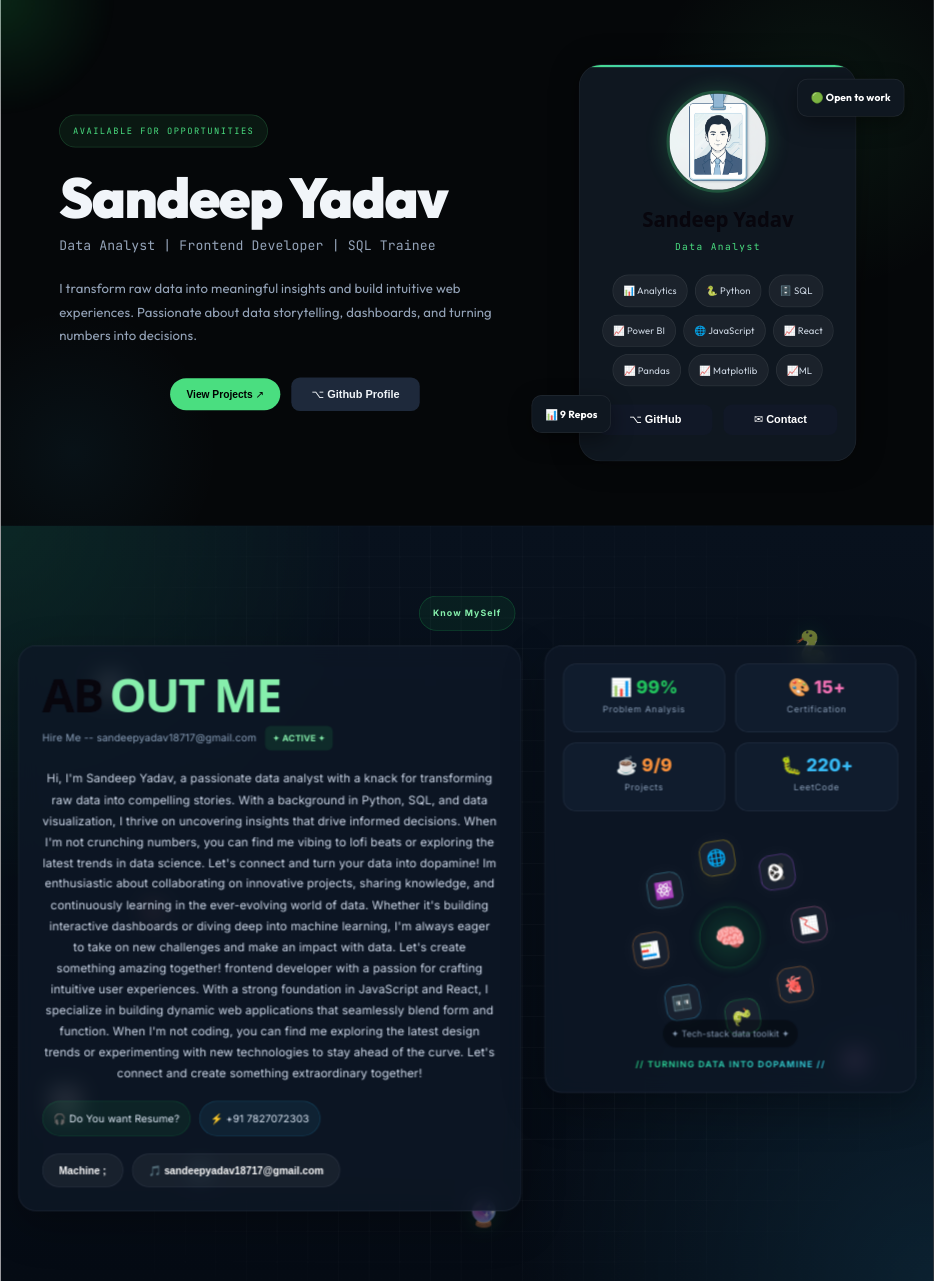
Repository: SandeepYadav18717/sandeepyadav
Page: / (app in Datanaltics_ portfolio/)
An editor plug-in stored every save of this project. The page is shown before and after a run of saves, followed by the edit.
The browser window is 1280 px wide. The pictures show the whole page, at 73% of full size.
The project was rebuilt for these pictures with package versions that can differ from the ones it lists, and the page was loaded fresh each time. Also part of the build but not shown: Datanaltics_ portfolio/vite.config.js, Datanaltics_ portfolio/src/App.css.

Above is the page before, as saved 2026-05-23 09:26:47.

### Datanaltics_ portfolio/index.html
<!doctype html>
<html lang="en">
  <head>
    <meta charset="UTF-8" />
    <link rel="icon" type="image/svg+xml" href="/favicon.svg" />
    <meta name="viewport" content="width=device-width, initial-scale=1.0" />
    <title>javascript</title>
  </head>
  <body>
    <div id="root"></div>
    <script type="module" src="/src/main.jsx"></script>
  </body>
</html>

### Datanaltics_ portfolio/src/index.css
:root {
  --text: #6b6375;
  --text-h: #08060d;
  --bg: #fff;
  --border: #e5e4e7;
  --code-bg: #f4f3ec;
  --accent: #aa3bff;
  --accent-bg: rgba(170, 59, 255, 0.1);
  --accent-border: rgba(170, 59, 255, 0.5);
  --social-bg: rgba(244, 243, 236, 0.5);
  --shadow:
    rgba(0, 0, 0, 0.1) 0 10px 15px -3px, rgba(0, 0, 0, 0.05) 0 4px 6px -2px;

  --sans: system-ui, 'Segoe UI', Roboto, sans-serif;
  --heading: system-ui, 'Segoe UI', Roboto, sans-serif;
  --mono: ui-monospace, Consolas, monospace;

  font: 18px/145% var(--sans);
  letter-spacing: 0.18px;
  color-scheme: light dark;
  color: var(--text);
  background: var(--bg);
  font-synthesis: none;
  text-rendering: optimizeLegibility;
  -webkit-font-smoothing: antialiased;
  -moz-osx-font-smoothing: grayscale;

  @media (max-width: 1024px) {
    font-size: 16px;
  }
}

@media (prefers-color-scheme: dark) {
  :root {
    --text: #9ca3af;
    --text-h: #f3f4f6;
    --bg: #16171d;
    --border: #2e303a;
    --code-bg: #1f2028;
    --accent: #c084fc;
    --accent-bg: rgba(192, 132, 252, 0.15);
    --accent-border: rgba(192, 132, 252, 0.5);
    --social-bg: rgba(47, 48, 58, 0.5);
    --shadow:
      rgba(0, 0, 0, 0.4) 0 10px 15px -3px, rgba(0, 0, 0, 0.25) 0 4px 6px -2px;
  }

  #social .button-icon {
    filter: invert(1) brightness(2);
  }
}

body {
  margin: 0;
}

#root {
  width: 1126px;
  max-width: 100%;
  margin: 0 auto;
  text-align: center;
  border-inline: 1px solid var(--border);
  min-height: 100svh;
  display: flex;
  flex-direction: column;
  box-sizing: border-box;
}

h1,
h2 {
  font-family: var(--heading);
  font-weight: 500;
  color: var(--text-h);
}

h1 {
  font-size: 56px;
  letter-spacing: -1.68px;
  margin: 32px 0;
  @media (max-width: 1024px) {
    font-size: 36px;
    margin: 20px 0;
  }
}
h2 {
  font-size: 24px;
  line-height: 118%;
  letter-spacing: -0.24px;
  margin: 0 0 8px;
  @media (max-width: 1024px) {
    font-size: 20px;
  }
}
p {
  margin: 0;
}

code,
.counter {
  font-family: var(--mono);
  display: inline-flex;
  border-radius: 4px;
  color: var(--text-h);
}

code {
  font-size: 15px;
  line-height: 135%;
  padding: 4px 8px;
  background: var(--code-bg);
}

### Datanaltics_ portfolio/src/App.jsx
import { useState } from 'react'

// import heroImg from './assets/hero.png'
import './App.css'
import Button from './Components/button'
import Main_Page from './pages/Main.jsx'
import About from './pages/About.jsx'
function App() {
  const [count, setCount] = useState(0)

  return (
    <>
    <Main_Page />
    <About />
     </>
  )}
export default App

### Datanaltics_ portfolio/src/Components/button.jsx
function Button({id, text, onClick }) {
  return (
    <button id={id}onClick={onClick} className="btn">
      {text}
    </button>
  );
}
export default Button;

### Datanaltics_ portfolio/src/pages/Main.jsx
import Button from "../Components/button";
import "../Css/Main.css";
import photo from "../assets/image.png";

function Main_Page() {
  return (
    <div className="main-page">
      {/* LEFT SECTION */}
      <div className="left-section">
        <div id="Heading_1">Available for opportunities</div>

        <div id="Name">Sandeep Yadav</div>

        <div id="Heading_2">
          Data Analyst | Frontend Developer | SQL Trainee
        </div>

        <p id="Description">
          I transform raw data into meaningful insights and build intuitive web
          experiences. Passionate about data storytelling, dashboards, and
          turning numbers into decisions.
        </p>

        <Button
          text="View Projects ↗"
          onClick={() => window.open("https://github.com/SandeepYadav18717")}
        />
        <Button
          id="Github"
          text="⌥ Github Profile"
          onClick={() => window.open("https://github.com/SandeepYadav18717")}
        />
      </div>
      {/* RIGHT SECTION */}
      <div className="profile-wrapper">
        <div className="floating-badge badge-top">🟢 Open to work</div>

        {/* FLOATING BADGE 2 */}
        <div className="floating-badge badge-bottom">📊 9 Repos</div>

        {/* PROFILE CARD */}
        <div className="profile-card">
          {/* PROFILE IMAGE */}
          <img src={photo} alt="Profile" id="Photo" />

          {/* NAME */}
          <h2 className="profile-name">Sandeep Yadav</h2>

          {/* ROLE */}
          <p className="profile-role"></p>

          {/* SKILLS */}
          <div className="skill-tags">
            <span>📊 Analytics</span>

            <span>🐍 Python</span>

            <span>🗄️ SQL</span>

            <span>📈 Power BI</span>

            <span>🌐 JavaScript</span>
            <span>📈 React</span>
            <span>📈 Pandas</span>
            <span>📈 Matplotlib</span>
            <span>📈ML </span>
          </div>

          {/* BUTTONS */}
          <div className="profile-buttons">
            {/* GITHUB */}
            <button
              className="github-btn"
              onClick={() =>
                window.open("https://github.com/SandeepYadav18717")
              }
            >
              ⌥ GitHub
            </button>

            {/* CONTACT */}
            <button
              className="contact-btn"
              onClick={() => window.open("https://www.linkedin.com/in/sandeep-yadav-0b6357210/")}
            >
              ✉ Contact
            </button>
          </div>
        </div>
      </div>
    </div>
  );
}

export default Main_Page;

### Datanaltics_ portfolio/src/pages/About.jsx
import React, { useEffect, useState } from "react";
import "../Css/About.css";
const stats = [
  { label: "Problem Analysis", value: "📊 99%", color: "green" },
  { label: "Certification", value: "🎨 15+", color: "pink" },
  { label: "Projects", value: "☕ 9/9", color: "orange" },
  { label: "LeetCode", value: "🐛 220+", color: "blue" }
];

const techStack = [
  { name: "Python", icon: "🐍", color: "green" },
  { name: "SQL", icon: "🗄️", color: "blue" },
  { name: "Power BI", icon: "📊", color: "orange" },
  { name: "React", icon: "⚛️", color: "cyan" },
  { name: "JS/TS", icon: "🌐", color: "yellow" },
  { name: "Pandas", icon: "🐼", color: "purple" },
  { name: "Tableau", icon: "📈", color: "pink" },
  { name: "Git", icon: "🐙", color: "orange" }
];

const quotes = [
  "✨ turning chaos into insights ✨",
  "📈 data storyteller by heart 📈",
  "🎯 99.9% accuracy or bust 🎯",
  "🌀 live. laugh. analyze. 🌀",
  "🤖 python > everything 🤖"
];

const floatingElements = [
  { icon: "📊", left: "10%", top: "20%", delay: "0s", size: "2rem" },
  { icon: "🐍", left: "85%", top: "15%", delay: "0.5s", size: "2.5rem" },
  { icon: "⚛️", left: "90%", top: "70%", delay: "1s", size: "1.8rem" },
  { icon: "📈", left: "5%", top: "75%", delay: "0.3s", size: "2.2rem" },
  { icon: "🔮", left: "50%", top: "90%", delay: "0.8s", size: "2rem" },
  { icon: "💎", left: "20%", top: "85%", delay: "1.2s", size: "1.5rem" },
  { icon: "⚡", left: "75%", top: "45%", delay: "0.2s", size: "1.8rem" },
  { icon: "🎯", left: "15%", top: "50%", delay: "0.7s", size: "1.6rem" }
];

const About = () => {
  const [currentQuote, setCurrentQuote] = useState(0);
  const [glow, setGlow] = useState({ x: 0, y: 0 });

  useEffect(() => {
    const quoteInterval = setInterval(() => {
      setCurrentQuote((prev) => (prev + 1) % quotes.length);
    }, 3000);

    const handleMouseMove = (e) => {
      setGlow({ x: e.clientX, y: e.clientY });
    };

    window.addEventListener("mousemove", handleMouseMove);

    return () => {
      clearInterval(quoteInterval);
      window.removeEventListener("mousemove", handleMouseMove);
    };
  }, []);

  return (
    <section className="about-section">
      <div
        className="cursor-glow"
        style={{
          left: `${glow.x}px`,
          top: `${glow.y}px`
        }}
      />

      <div className="grid-bg" />

      {floatingElements.map((el, idx) => (
        <div
          key={idx}
          className="floating-icon"
          style={{
            left: el.left,
            top: el.top,
            fontSize: el.size,
            animationDelay: el.delay
          }}
        >
          {el.icon}
        </div>
      ))}

      <div className="about-container">
        <div className="badge-wrapper">
          <div className="section-badge">
           Know MySelf
          </div>
        </div>

        <div className="about-grid">
          <div className="about-card">
            <div className="name-block">
              <h2 className="name-title">
                <span className="glitch-text">AB</span>
                <span className="glitch-text accent">OUT ME</span>
              </h2>

              <div className="terminal-line">
                <span>Hire Me -- sandeepyadav18717@gmail.com</span>
                <span className="status-badge">✦ ACTIVE ✦</span>
              </div>
            </div>



            <p className="about-bio">
                Hi, I'm Sandeep Yadav, a passionate data analyst with a knack for transforming raw data into compelling stories. With a background in Python, SQL, and data visualization, I thrive on uncovering insights that drive informed decisions. When I'm not crunching numbers, you can find me vibing to lofi beats or exploring the latest trends in data science. Let's connect and turn your data into dopamine! Im enthusiastic about collaborating on innovative projects, sharing knowledge, and continuously learning in the ever-evolving world of data. Whether it's building interactive dashboards or diving deep into machine learning, I'm always eager to take on new challenges and make an impact with data. Let's create something amazing together! frontend developer with a passion for crafting intuitive user experiences. With a strong foundation in JavaScript and React, I specialize in building dynamic web applications that seamlessly blend form and function. When I'm not coding, you can find me exploring the latest design trends or experimenting with new technologies to stay ahead of the curve. Let's connect and create something extraordinary together!

            </p>

            <div className="highlights">
              <div className="highlight green">🎧 Do You want Resume?</div>
              <div className="highlight blue">⚡ +91 7827072303</div>
            </div>

            <div className="about-actions">
                           <button className="btn btn-secondary">Machine ;</button>

              <button className="btn btn-secondary">🎵 sandeepyadav18717@gmail.com</button>
            </div>
          </div>

          <div className="about-side">
            <div className="stats-grid">
              {stats.map((stat, idx) => (
                <div key={idx} className={`stat-card ${stat.color}`}>
                  <div className="stat-value">{stat.value}</div>
                  <div className="stat-label">{stat.label}</div>
                </div>
              ))}
            </div>

            <div className="tech-orbit-container">
              <div className="tech-orbit">
                {techStack.map((tech, idx) => {
                  const angle = (idx / techStack.length) * 360;
                  const rad = (angle * Math.PI) / 180;
                  const radius = 110;
                  const x = Math.cos(rad) * radius;
                  const y = Math.sin(rad) * radius;

                  return (
                    <div
                      key={idx}
                      className={`tech-orb ${tech.color}`}
                      style={{
                        left: `calc(50% + ${x}px - 24px)`,
                        top: `calc(50% + ${y}px - 24px)`
                      }}
                      title={tech.name}
                    >
                      <span role="img" aria-label={tech.name}>
                        {tech.icon}
                      </span>
                    </div>
                  );
                })}
              </div>

              <div className="tech-core">🧠</div>
              <div className="tech-caption">✦ Tech-stack data toolkit ✦</div>
            </div>

            <div className="holo-line">// TURNING DATA INTO DOPAMINE //</div>
          </div>
        </div>


      </div>
    </section>
  );
};

export default About;

### Datanaltics_ portfolio/src/Css/Main.css
/* GOOGLE FONT */
@import url("https://fonts.googleapis.com/css2?family=Outfit:wght@300;400;500;700;900&family=JetBrains+Mono:wght@400;700&display=swap");

* {
    margin: 0;
    padding: 0;
    box-sizing: border-box;
}

html,
body,
#root {
    width: 100%;
    min-height: 100vh;
    overflow-x: hidden;
    background: #050709;
    color: #f1f5f9;
    font-family: "Outfit", sans-serif;
}

.main-page {
    min-height: 100vh;
    width: 100%;
    display: grid;
    grid-template-columns: 1.2fr 0.8fr;
    align-items: center;
    gap: 40px;
    padding: 80px;
    position: relative;
    overflow: hidden;
    background: #050709;
}

.main-page::before {
    content: "";
    position: absolute;
    width: 500px;
    height: 500px;
    top: -100px;
    right: -100px;
    border-radius: 50%;
    background: radial-gradient(circle,
            rgba(74, 222, 128, 0.08),
            transparent 70%);
    z-index: 0;
    pointer-events: none;
}

.main-page::after {
    content: "";
    position: absolute;
    width: 400px;
    height: 400px;
    bottom: -100px;
    left: -100px;
    border-radius: 50%;
    background: radial-gradient(circle,
            rgba(56, 189, 248, 0.06),
            transparent 70%);
    z-index: 0;
    pointer-events: none;
}

.main-page * {
    position: relative;
    z-index: 1;
}

.content-left {
    display: flex;
    flex-direction: column;
    justify-content: center;
    align-items: flex-start;
    text-align: left;
}

#Heading_1 {
    width: fit-content;
    background: rgba(74, 222, 128, 0.08);
    border: 1px solid rgba(74, 222, 128, 0.2);
    color: #4ade80;
    padding: 8px 18px;
    border-radius: 50px;
    font-size: 12px;
    font-family: "JetBrains Mono", monospace;
    letter-spacing: 2px;
    text-transform: uppercase;
    margin-bottom: 30px;
}

#Name {
    font-size: clamp(45px, 6vw, 90px);
    font-weight: 900;
    line-height: 1;
    letter-spacing: -2px;
    margin-bottom: 15px;
    word-break: break-word;
    text-align: left;
}

#Heading_2 {
    color: #94a3b8;
    font-size: 18px;
    font-family: "JetBrains Mono", monospace;
    margin-bottom: 30px;
    text-align: left;
}

#Description {
    max-width: 650px;
    color: #94a3b8;
    font-size: 18px;
    line-height: 1.8;
    margin-bottom: 40px;
    text-align: left;
}

.photo-container {
    display: flex;
    justify-content: center;
    align-items: center;
    width: 100%;
}

#Photo {
    width: 100%;
    max-width: 400px;
    height: auto;
    margin-left: 0%;
    aspect-ratio: 1/1;
    border-radius: 30px;
    object-fit: cover;
    box-shadow: 0 0 40px rgba(74, 222, 128, 0.2);
}

button {
    width: fit-content;
    background: #4ade80;
    color: black;
    border: none;
    border-radius: 12px;
    padding: 14px 28px;
    font-size: 15px;
    font-weight: 700;
    cursor: pointer;
    transition: 0.3s;
    margin-left: 0px;
}

button:hover {
    background: #86efac;
    transform: translateY(-3px);
    box-shadow: 0 10px 30px rgba(74, 222, 128, 0.3);
}

#Github {
    background: #1e293b;

    color: #f1f5f9;

    border: none;

    padding: 14px 28px;

    border-radius: 12px;
    font-size: 15px;

    font-weight: 700;

    cursor: pointer;

    transition: 0.3s;

    margin-left: 15px;
}

#Github:hover {
    background: #334155;

    transform: translateY(-3px);

    box-shadow: 0 10px 30px rgba(74, 222, 128, 0.2);
}

@media (max-width: 1024px) {
    .main-page {
        grid-template-columns: 1fr;
        gap: 40px;
        padding: 60px 40px;
    }

    .photo-container {
        justify-content: flex-start;
    }

    #Photo {
        max-width: 320px;
    }
}

@media (max-width: 768px) {
    .main-page {
        padding: 40px 20px;
    }

    #Name {
        font-size: 42px;
        letter-spacing: -1px;
    }

    #Heading_2 {
        font-size: 15px;
    }

    #Description {
        font-size: 16px;
    }

    button {
        width: 100%;
    }

    #Photo {
        max-width: 280px;
    }
}

/* WRAPPER */
.profile-wrapper {

    position: relative;

    display: flex;

    justify-content: center;

    align-items: center;
}

/* FLOATING BADGES */
.floating-badge {

    position: absolute;

    background: #0f1720;

    border: 1px solid rgba(255, 255, 255, 0.08);

    color: white;

    padding: 12px 18px;

    border-radius: 14px;

    font-size: 14px;

    font-weight: 600;

    box-shadow:
        0 10px 30px rgba(0, 0, 0, 0.4);

    z-index: 10;

    animation: float 3s ease-in-out infinite;
}

/* TOP BADGE */
.badge-top {

    top: 20px;

    right: -40px;
}

/* BOTTOM BADGE */
.badge-bottom {

    bottom: 30px;

    left: -40px;

    animation-delay: 1s;
}

/* FLOAT ANIMATION */
@keyframes float {

    0% {
        transform: translateY(0px);
    }

    50% {
        transform: translateY(-10px);
    }

    100% {
        transform: translateY(0px);
    }
}

/* PROFILE CARD */
.profile-card {

    width: 100%;

    max-width: 380px;

    background: #0f1720;

    border: 1px solid rgba(255, 255, 255, 0.06);

    border-radius: 30px;

    padding: 35px 25px;

    display: flex;

    flex-direction: column;

    align-items: center;

    justify-content: center;

    position: relative;

    overflow: hidden;

    box-shadow:
        0 0 40px rgba(0, 0, 0, 0.4);
}

/* TOP LINE */
.profile-card::before {

    content: "";

    position: absolute;

    top: 0;
    left: 0;

    width: 100%;
    height: 3px;

    background:
        linear-gradient(90deg,
            #4ade80,
            #38bdf8,
            #4ade80);
}

/* IMAGE */
#Photo {

    width: 140px;
    height: 140px;

    border-radius: 50%;

    object-fit: cover;

    border: 4px solid rgba(74, 222, 128, 0.3);

    margin-bottom: 20px;

    box-shadow:
        0 0 30px rgba(74, 222, 128, 0.2);
}

/* NAME */
.profile-name {

    font-size: 28px;

    font-weight: 800;

    margin-bottom: 8px;

}

/* ROLE */
.profile-role {

    color: #4ade80;

    font-size: 13px;

    font-family: 'JetBrains Mono', monospace;

    letter-spacing: 2px;

    margin-bottom: 25px;
}

.profile-role::after {
    content: "Data Analyst";

    animation: roles 6s infinite;

    color: #4ade80;
}

@keyframes roles {

    0% {
        content: "Machine learning";
    }

    33% {
        content: "Frontend Developer";
    }

    66% {
        content: "SQL Trainee";
    }

    100% {
        content: "Data Analyst";
    }
}

/* TAGS */
.skill-tags {

    display: flex;

    flex-wrap: wrap;

    justify-content: center;

    gap: 10px;

    margin-bottom: 25px;
}

/* SINGLE TAG */
.skill-tags span {

    background: rgba(255, 255, 255, 0.05);

    border: 1px solid rgba(255, 255, 255, 0.08);

    padding: 8px 14px;

    border-radius: 50px;

    font-size: 13px;

    color: #cbd5e1;
}

/* BUTTONS */
.profile-buttons {

    width: 100%;

    display: flex;

    gap: 15px;
}

/* GITHUB */
.github-btn {

    flex: 1;

    background: #111827;

    color: white;

    border: none;

    padding: 12px;

    border-radius: 12px;

    font-weight: 700;

    cursor: pointer;

    transition: 0.3s;
}

.github-btn:hover {

    background: #1f2937;

    transform: translateY(-3px);
}

/* CONTACT */
.contact-btn {

    flex: 1;

    background: #111827;

    color: white;

    border: none;

    padding: 12px;

    border-radius: 12px;

    font-weight: 700;

    cursor: pointer;

    transition: 0.3s;
}

.contact-btn:hover {

    background: #1f2937;

    transform: translateY(-3px);
}

/* MOBILE FIX */
@media(max-width:768px) {

    .profile-wrapper {

        margin-top: 30px;
    }

    .badge-top {

        top: -10px;

        right: 0;
    }

    .badge-bottom {

        bottom: -10px;

        left: 0;
    }

    .profile-card {

        max-width: 320px;
    }

    .profile-buttons {

        flex-direction: column;
    }
}

Loaded but not shown: Datanaltics_ portfolio/src/main.jsx (common file); Datanaltics_ portfolio/src/Css/About.css (467 lines, source omitted)

After the next 2 saves:
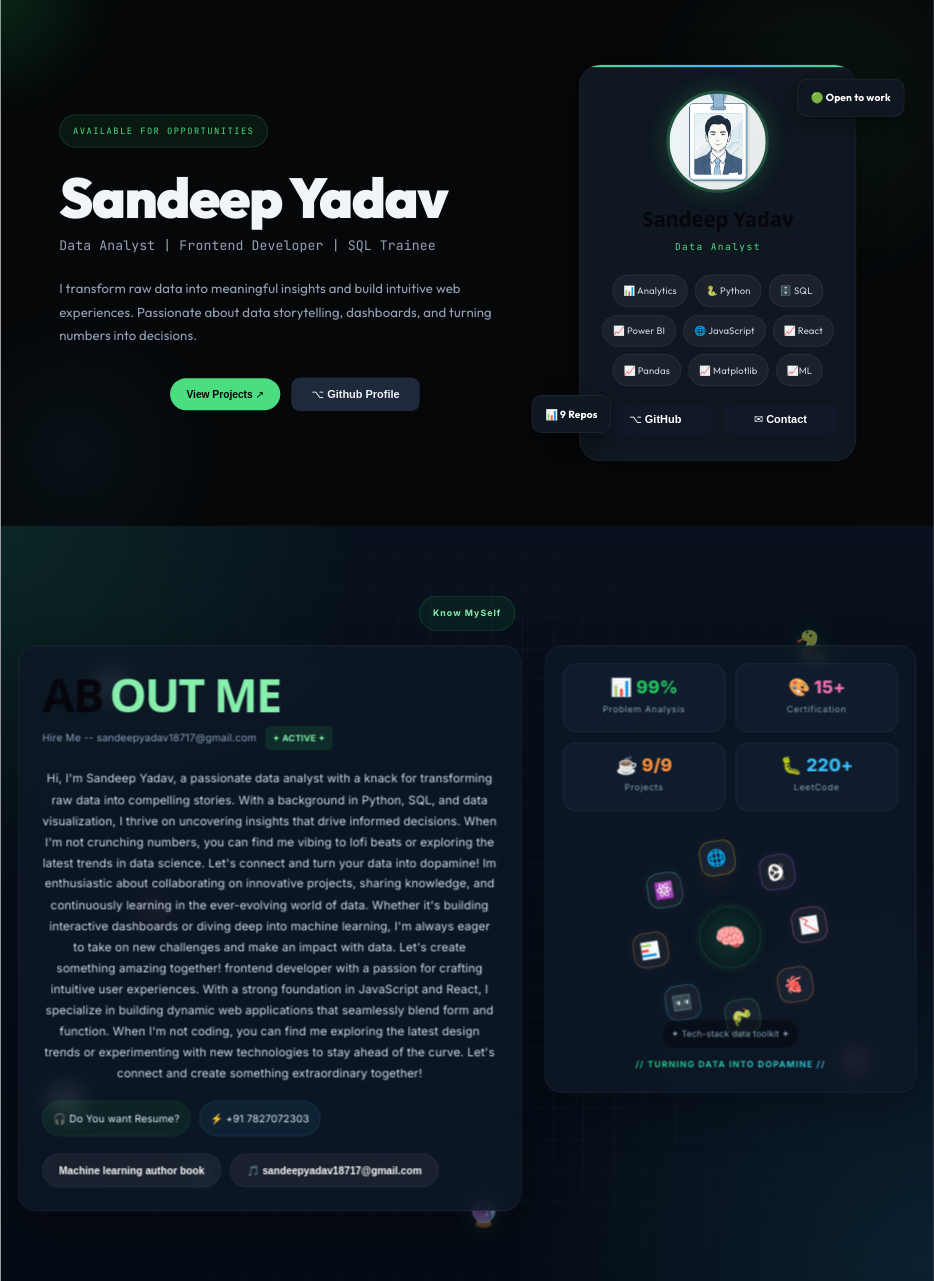
The 2 saves are shown as one change because they came seconds apart.
The last was saved 8 s later.
--- a/Datanaltics_ portfolio/src/pages/About.jsx
+++ b/Datanaltics_ portfolio/src/pages/About.jsx
@@ -119,7 +119,7 @@ const About = () => {
             </div>
 
             <div className="about-actions">
-                           <button className="btn btn-secondary">Machine ;</button>
+                           <button className="btn btn-secondary">Machine learning author book</button>
 
               <button className="btn btn-secondary">🎵 sandeepyadav18717@gmail.com</button>
             </div>
